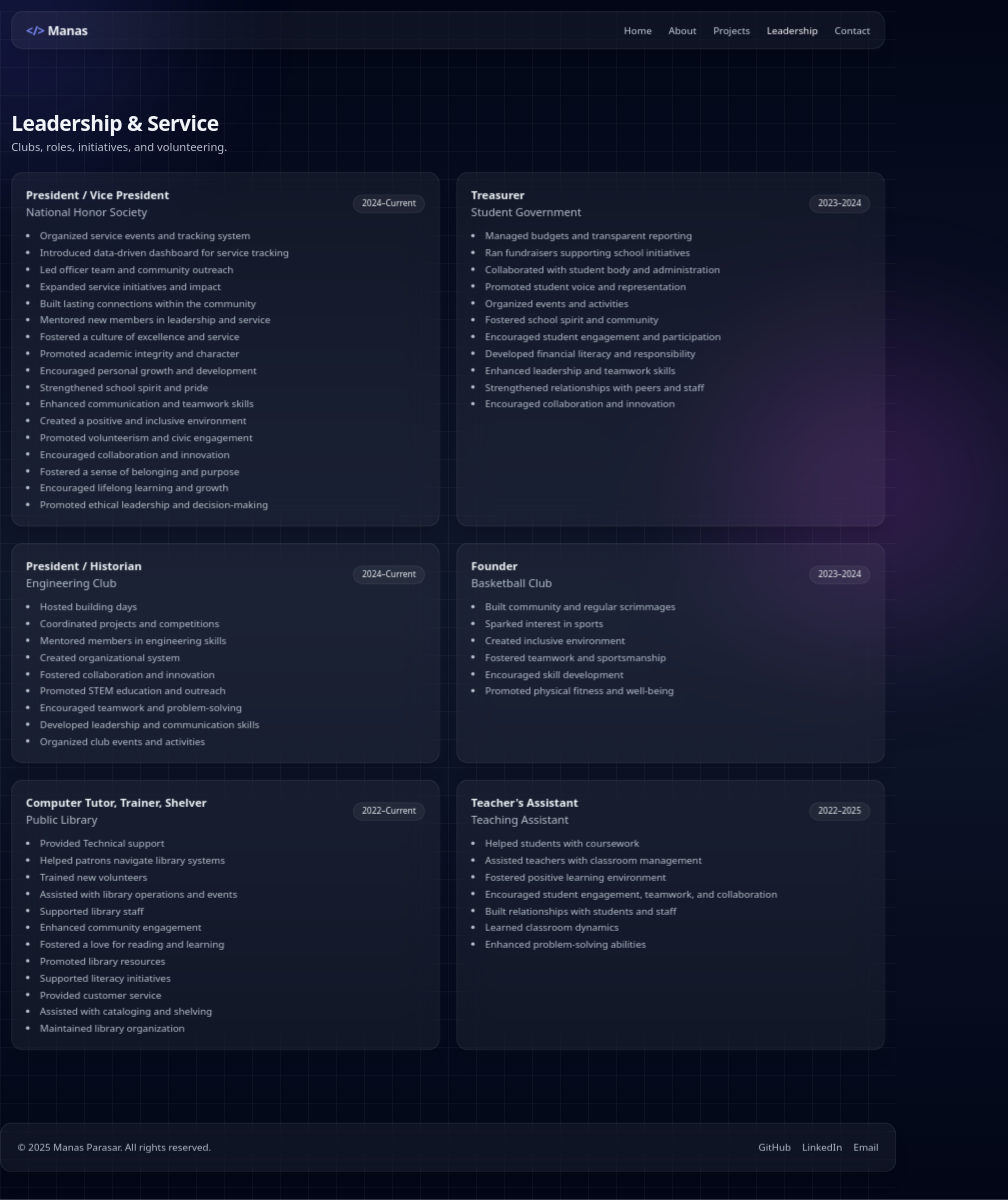
Repository: Manas-Parasar/portfolio-manas-parasar
Page: /leadership
These files come from the project's save history. The page is drawn as it stood at one moment and after the next save; the edit follows.
The browser window is 1280 px wide. The page is 1440 px wide, so the pictures cover 1440 px, including what lies to the right of the window. The pictures show the whole page, at 70% of full size.
The project was rebuilt for these pictures with package versions that can differ from the ones it lists, and the page was loaded fresh each time. Also part of the build but not shown: vite.config.js, src/components/Hero.jsx, src/components/ProjectCard.jsx, src/pages/Home.jsx, src/pages/About.jsx, src/pages/Projects.jsx, src/pages/Contact.jsx.

Above is the page before, as saved 2025-08-20 16:22:29.

After the next save:
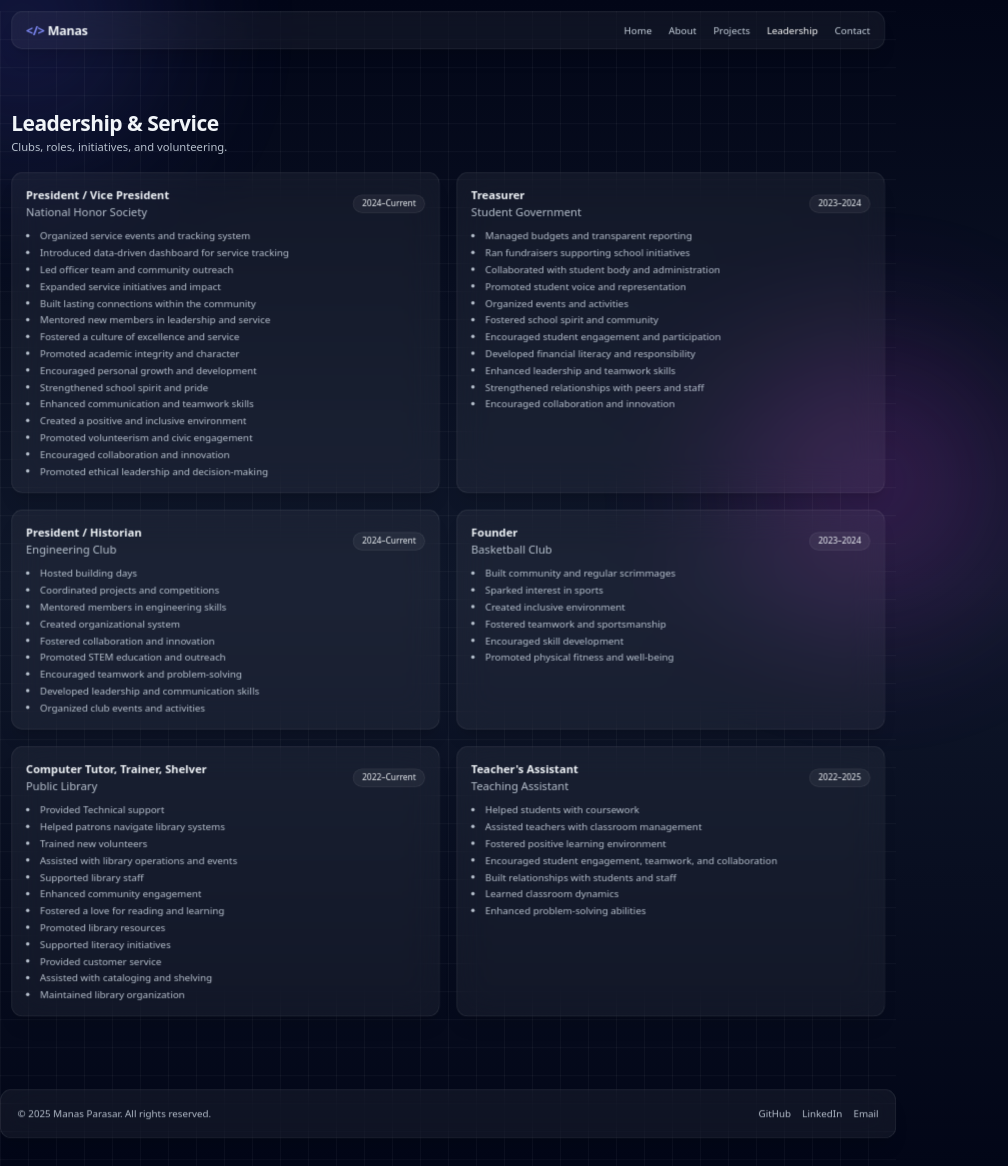
Saved 6 min 27 s later.
--- a/src/pages/Leadership.jsx
+++ b/src/pages/Leadership.jsx
@@ -28,8 +28,6 @@ export default function Leadership() {
               "Created a positive and inclusive environment",
               "Promoted volunteerism and civic engagement",
               "Encouraged collaboration and innovation",
-              "Fostered a sense of belonging and purpose",
-              "Encouraged lifelong learning and growth",
               "Promoted ethical leadership and decision-making",
             ]}
           />
